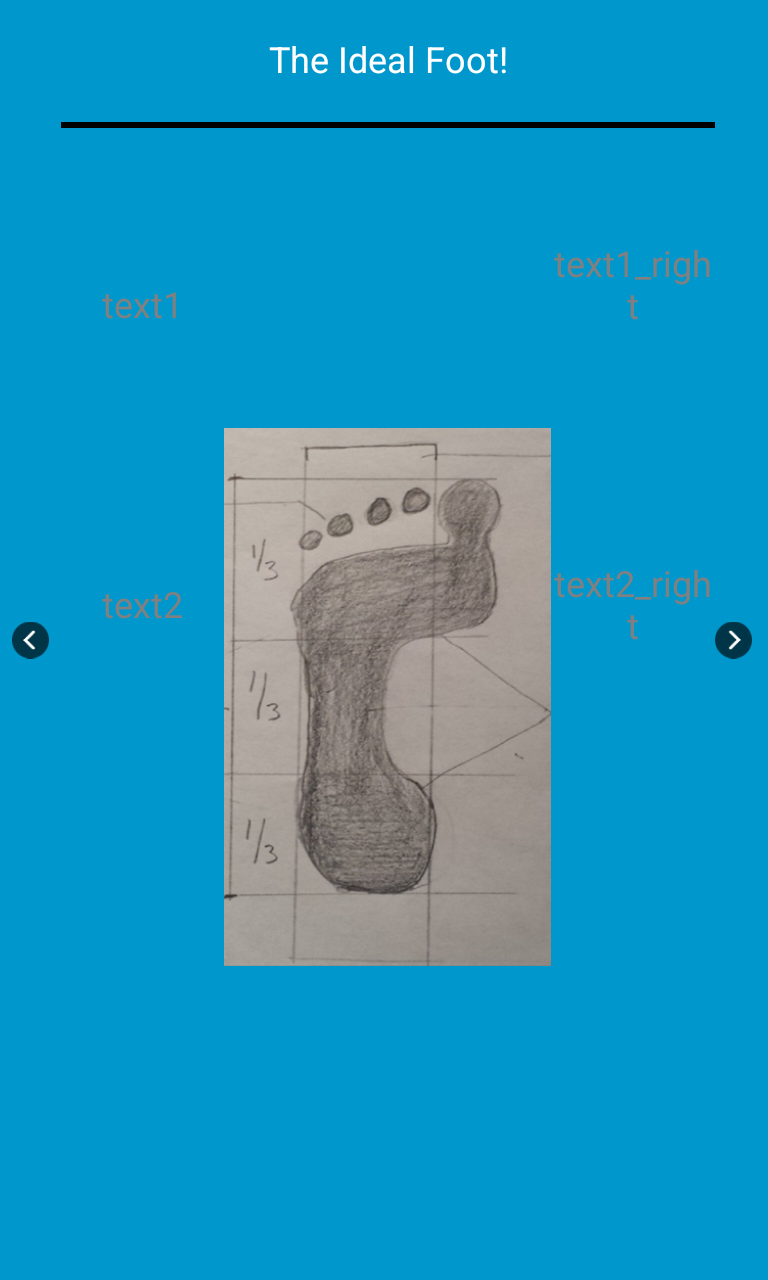
Repository: nanoweb12/GoodFeetAppNew
Layout: GoodFeetapp/res/layout/ideal_foot.xml
These files come from the project's save history. The layout is drawn as it stood at one moment and after the next save; the edit follows.
It is drawn on a 768 x 1280 px phone screen (xhdpi) without system bars, with theme MyTheme; the app's code is not run.

Above is the layout before, as saved 2015-02-19 12:53:13.

### GoodFeetapp/res/layout/ideal_foot.xml
<?xml version="1.0" encoding="utf-8"?>
<LinearLayout xmlns:android="http://schemas.android.com/apk/res/android"
    android:layout_width="match_parent"
    android:layout_height="match_parent"

    android:background="#0098cc"
    android:orientation="horizontal"
    android:weightSum="100" >

    <ImageView
        android:id="@+id/back"
        android:layout_width="0dp"
        android:layout_marginLeft="6dp"
           android:layout_marginRight="6dp"
        android:layout_height="match_parent"
        android:layout_weight="5"
        android:src="@drawable/left_arrow" />

    <LinearLayout
        android:layout_width="0dp"
        android:layout_height="match_parent"
        android:layout_weight="88"
        android:orientation="vertical"
        android:weightSum="100" >

        <TextView
            android:layout_width="match_parent"
            android:layout_height="0dp"
            android:layout_weight="9.5"
            android:gravity="center"
            android:textSize="18sp"
            android:textColor="#ffffff"
            android:text="The Ideal Foot!" />
   <View
            android:layout_width="match_parent"
            android:layout_height="0dp"
            android:layout_marginTop="2dp"
            android:layout_weight="0.5"
            android:gravity="center"
           android:background="#000000"
            />

        <LinearLayout
            android:layout_width="match_parent"
            android:layout_height="0dp"
            android:layout_weight="90"
            android:layout_marginTop="3dp"
             android:layout_marginBottom="10dp"
            android:orientation="horizontal"
            android:weightSum="100" >

            <LinearLayout
                android:layout_width="0dp"
                android:layout_height="match_parent"
                android:layout_weight="25"
                android:orientation="vertical" >

                <TextView
                    android:id="@+id/text1_left"
                    android:layout_width="match_parent"
                    android:layout_height="150dp"
                    android:gravity="center"
                    android:textSize="18sp"
                    android:layout_marginTop="10dp"
                    android:hint="text1" />

                <TextView
                    android:id="@+id/text2_left"
                    android:layout_width="match_parent"
                    android:layout_height="150dp"
                    android:gravity="center"
                      android:textSize="18sp"
                    android:hint="text2" />
            </LinearLayout>

            <ImageView
                android:layout_width="0dp"
                android:layout_height="match_parent"
                android:layout_weight="50"
                android:scaleType="fitCenter"
                android:src="@drawable/foot" />

            <LinearLayout
                android:layout_width="0dp"
                android:layout_height="match_parent"
                android:layout_weight="25"
                android:orientation="vertical" >

                <TextView
                    android:id="@+id/text1_right"
                    android:layout_width="match_parent"
                    android:layout_height="150dp"
                    android:gravity="center"
                      android:textSize="18sp"
                    android:hint="text1_right" />

                <TextView
                     android:id="@+id/text2_right"
                    android:layout_width="match_parent"
                    android:layout_height="150dp"
                    android:layout_marginTop="10dp"
                    android:gravity="center"
                      android:textSize="18sp"
                    android:hint="text2_right" />
            </LinearLayout>
        </LinearLayout>
    </LinearLayout>

    <ImageView
        android:id="@+id/next"
        android:layout_width="0dp"

        android:layout_height="match_parent"
        android:layout_weight="5"
        android:src="@drawable/right_arrow" />

</LinearLayout>

### GoodFeetapp/res/values-v11/styles.xml
<resources>
    <style name="MyTheme" parent="@android:style/Theme.Holo.Light">

    </style>

    <style name="MyActionBar" parent="@android:style/Widget.Holo.Light.ActionBar">
    <item name="android:actionBarSize">70dip</item>
         <item name="android:background">#D3D3D3</item>
    </style>
</resources>

### GoodFeetapp/res/values-v14/styles.xml
<!-- <resources>
    the theme applied to the application or activity
    <style name="CustomActionBarTheme"
           parent="@android:style/Theme.Holo.Light.DarkActionBar">

    </style>

    ActionBar styles
    <style name="MyActionBar"
           parent="@android:style/Widget.Holo.Light.ActionBar.Solid.Inverse">
       <item name="android:actionBarSize">70dip</item>
         <item name="android:background">#D3D3D3</item>

    </style>
</resources> -->

<resources>
    <style name="MyTheme" parent="@android:style/Theme.Holo.Light">

    </style>

    <style name="MyActionBar" parent="@android:style/Widget.Holo.Light.ActionBar">
    <item name="android:actionBarSize">100dip</item>
         <item name="android:background">#D3D3D3</item>
    </style>
</resources>

### GoodFeetapp/res/values/styles.xml
<resources>
    <style name="MyTheme" parent="@android:style/Theme.Holo.Light">

    </style>

    <style name="MyActionBar" parent="@android:style/Widget.Holo.Light.ActionBar">
    <item name="android:actionBarSize">70dip</item>
         <item name="android:background">#D3D3D3</item>
    </style>
</resources>

After the next save:
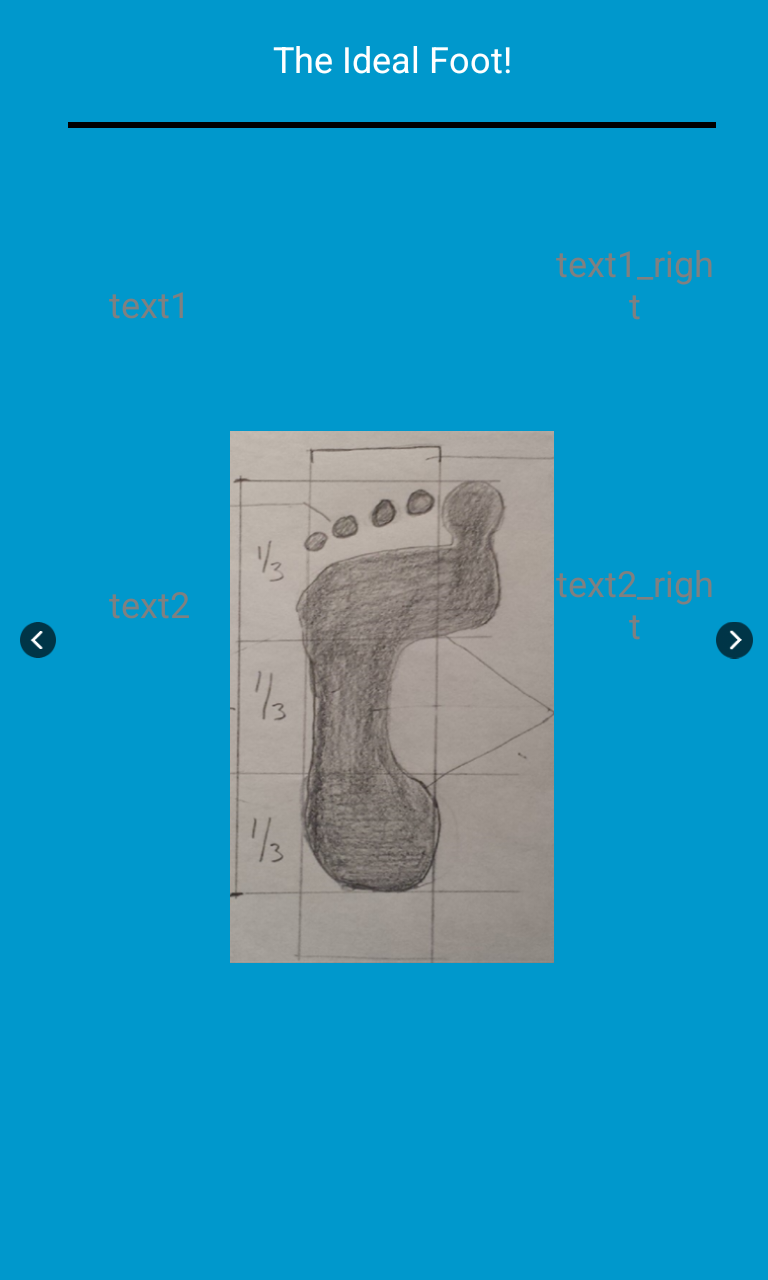
Saved 10 s later.
--- a/GoodFeetapp/res/layout/ideal_foot.xml
+++ b/GoodFeetapp/res/layout/ideal_foot.xml
@@ -10,7 +10,7 @@
     <ImageView
         android:id="@+id/back"
         android:layout_width="0dp"
-        android:layout_marginLeft="6dp"
+        android:layout_marginLeft="10dp"
            android:layout_marginRight="6dp"
         android:layout_height="match_parent"
         android:layout_weight="5"
